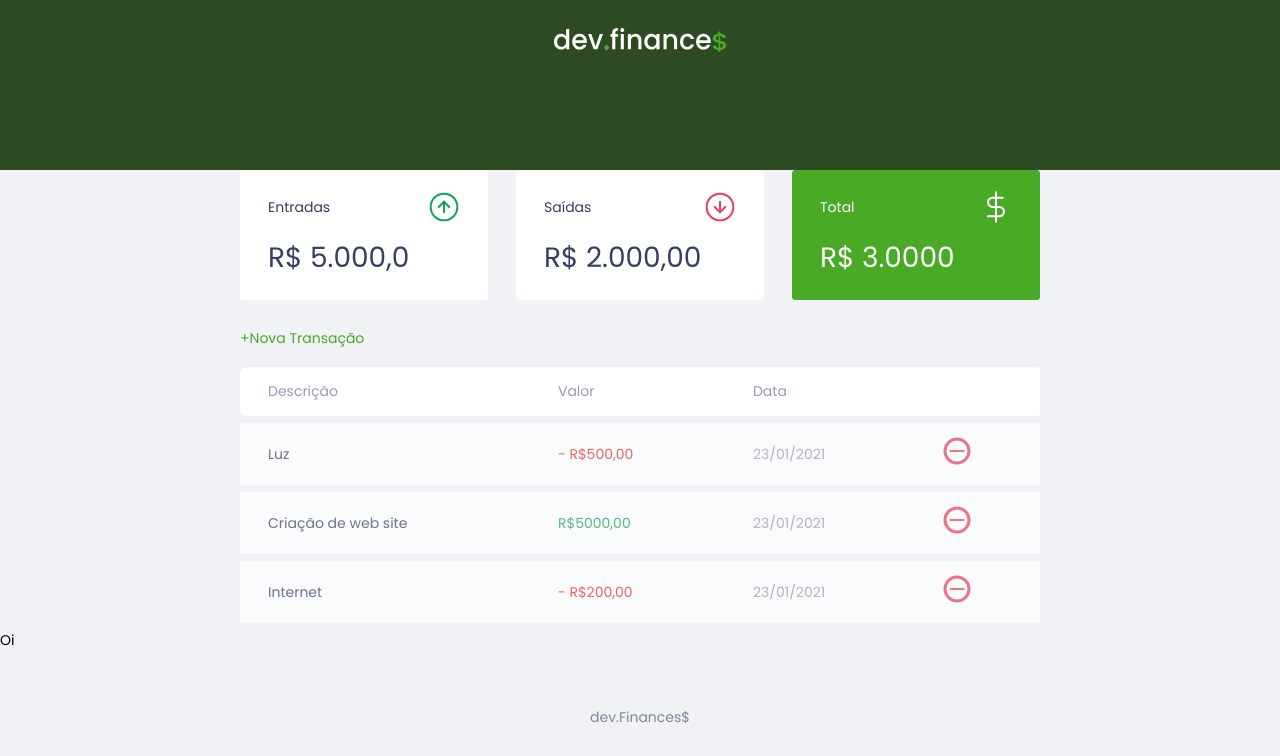
Repository: rafaelmgr12/maratona-dev01
Page: index.html
The author's editor kept a copy of each file at every save. The page is drawn from the files as they stood at one save, then again after the next save.
The browser window is 1280 px wide. The pictures show the whole page.

Above is the page before, as saved 2021-04-28 11:07:10.

### index.html
<!DOCTYPE html>
<html lang="pt-br">
  <head>
    <meta charset="UTF-8" />
    <meta http-equiv="X-UA-Compatible" content="IE=edge" />
    <meta name="viewport" content="width=device-width, initial-scale=1.0" />
    <title>Rafael-app.finance$</title>
    <link rel="stylesheet" href="style.css" />
    <link rel="preconnect" href="https://fonts.gstatic.com" />
    <link
      href="https://fonts.googleapis.com/css2?family=Poppins:ital,wght@0,100;0,400;0,700;1,100;1,400;1,700&display=swap"
      rel="stylesheet"
    />
  </head>
  <body>
    <header>
      <img src="./assets/logo.svg" alt="Logo dev.Finance" />
    </header>
    <main class="container">
      <section id="balance">
        <h2 class="sr-only">Balanço</h2>

        <div class="card">
          <h3>
            <span>Entradas </span>
            <img src="./assets/income.svg" alt="Imagem de entradas" />
          </h3>
          <p>R$ 5.000,0</p>
        </div>
        <div class="card">
          <h3>
            <span>Saídas</span>
            <img src="./assets/expense.svg" alt="Image de saídas" />
          </h3>
          <p>R$ 2.000,00</p>
        </div>
        <div class="card total">
          <h3>
            <span>Total</span>
            <img src="./assets/total.svg" alt="Image de total" />
          </h3>
          <p>R$ 3.0000</p>
        </div>
      </section>
      <section id="transaction">
        <h2 class="sr-only">Transações</h2>

        <a href="#" class="button new">+Nova Transação</a>

        <table id="data-table">
          <thead>
            <tr>
              <th>Descrição</th>
              <th>Valor</th>
              <th>Data</th>
              <th></th>
            </tr>
          </thead>
          <tbody>
            <tr>
              <td class="description">Luz</td>
              <td class="expense">- R$500,00</td>
              <td class="date">23/01/2021</td>
              <td><img src="./assets/minus.svg" alt="Retirar Transação"></td>

            </tr>
            <tr>
              <td class="description">Criação de web site</td>
              <td class="income">R$5000,00</td>
              <td class="date">23/01/2021</td>
              <td><img src="./assets/minus.svg" alt="Retirar Transação"></td>
            </tr>
            <tr>
              <td class="description">Internet</td>
              <td class="expense">- R$200,00</td>
              <td class="date">23/01/2021</td>
              <td><img src="./assets/minus.svg" alt="Retirar Transação"></td>

            </tr>
          </tbody>
        </table>
      </section>
    </main>
    <div class="modal-overlay">
      <div class="modal">
        <div class="modal-content">
          Oi
        </div>
      </div>
    </div>
    <footer>dev.Finances$</footer>
  </body>
</html>

### style.css
/* Global ======================================== */
:root {
  --dark-blue: #363f5f;
}
* {
  margin: 0;
  padding: 0;
  box-sizing: border-box;
}

html{
  font-size: 93.75%; /* 15px */
}

body {
  background: #f0f2f5;
  font-family: "Poppins", sans-serif;
}
/*Tricks para sumir elementos da tela, mantendo a funcionalidade de um screenreader*/
.sr-only{
  position: absolute;
  width: 1px;
  height: 1px;
  padding: 0;
  margin: -1px;
  overflow: hidden;
  clip: rect(0,0,0,0);
  white-space: nowrap;
  border-width: 0;

}
.container {
  width: min(90vw, 800px);
  margin: auto;
}
/* Titles ======================================== */
h2 {
  margin-top: 3.2rem;
  margin-bottom: 0.8rem;
  color: var(--dark-blue);

  font-weight: normal;
}
/* Links and Buttons ======================================== */
a{
  color: #49aa26;
  text-decoration: none;
}

a:hover {
  color: #3dd705;
}

.button.new{
  display: inline-block;
  margin-bottom: .8rem;

}


/* Header ======================================== */
header {
  background: #2d4a22;
  padding: 2rem 0 8rem;
  text-align: center;
}

#logo {
  color: #fff;
  font-weight: 100;
}

/* Balance ======================================== */
balance {
  margin-top: -8rem;
}

balance h2 {
  color: white;
  margin-top: 0;
}

/* Cards ======================================== */

.card {
  background : white;
  padding: 1.5rem 2rem;
  border-radius: 0.25rem;

  margin-bottom: 2rem;

  color: var(--dark-blue);
}

.card h3 {
  font-weight: normal;
  font-size: 1rem;
  display : flex;
  align-items: center;
  justify-content: space-between;
}

.card p {
  font-size: 2rem;
  line-height: 3rem;

  margin-top: 1rem;
}

.card.total {
  background: #49aa26;
  color: white;
}
/* Table  ======================================== */
#transaction {
  display: block;
  width: 100%;
  overflow-x: auto;
}
#data-table {

  width: 100%;
  border-spacing: 0 0.5rem;
  color: #969cb3;

  overflow-x: auto; /*Para lidar com transbordamento do container*/
}
table thead tr th:first-child,
table thead tr td:first-child
{
  border-radius: 0.5rem 0 0 0.5rem;
}

table thead tr th:last-child,
table thead tr td:last-child {
  border-radius: 0 0.25rem 0.25rem 0 ;

}

table thead th {
  background: white;

  font-weight: normal;
  padding: 1rem 2rem;
  text-align: left;
}
table tbody tr {
  opacity: 0.7;
}
table tr:hover {
  opacity: 1;
}
table tbody td {
  background: white;
  padding: 1rem 2rem;
}

td.description {
  color: var(--dark-blue);
}

td.income {
  color: #12a454;
}
td.expense {
    color : #e92929;
}

/* footer ======================================== */
footer {
  text-align: center;
  padding : 4rem 0 2rem;
  color: var(--dark-blue);

  opacity : 0.6;
}
/* Responsive ======================================== */

@media(min-width: 800px){
  html{
    font-size: 87.5%;

  }
  #balance{
    display: grid;
    grid-template-columns: repeat(3,1fr);
    gap: 2rem;

  }
}

After the next save:
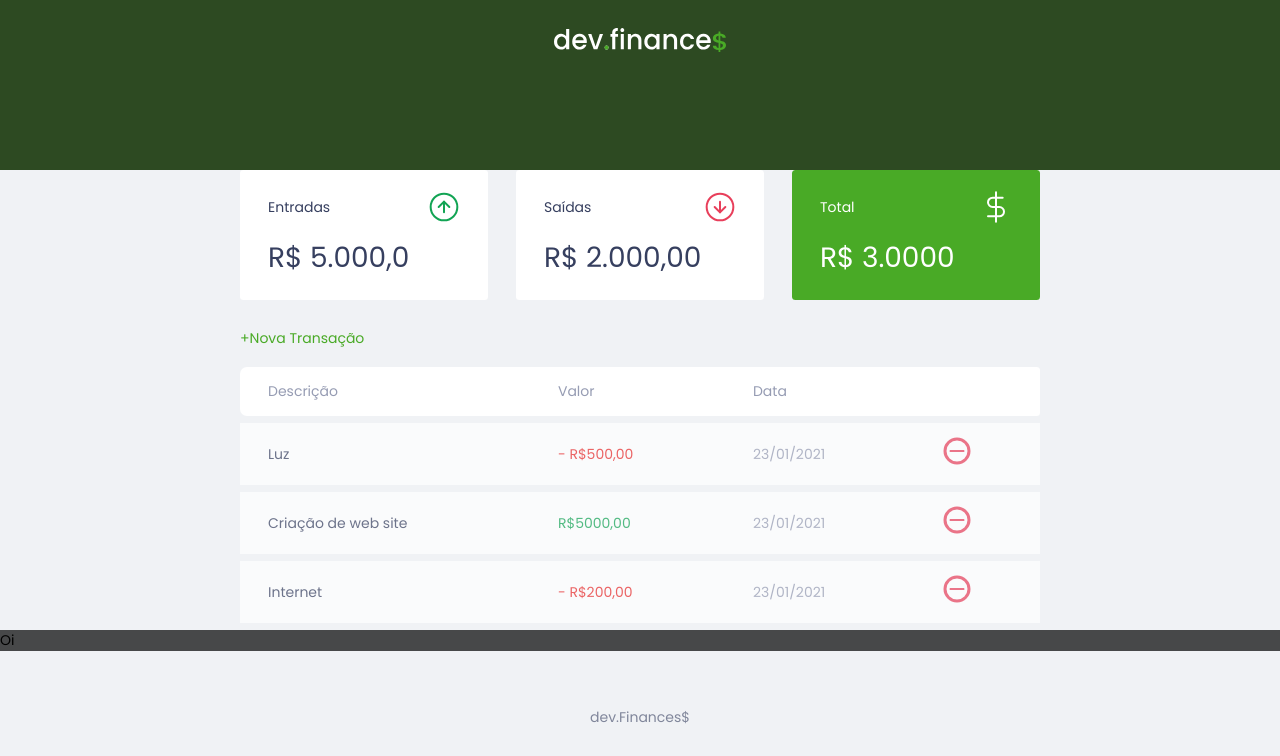
Saved 2 min 9 s later.
--- a/style.css
+++ b/style.css
@@ -165,6 +165,14 @@ td.income {
 td.expense {
     color : #e92929;
 }
+/* Modal ======================================== */
+.modal-overlay{
+  width: 100%;
+  height: 100%;
+
+  background-color: rgb(0,0,0,0.7);
+}
+
 
 /* footer ======================================== */
 footer {
